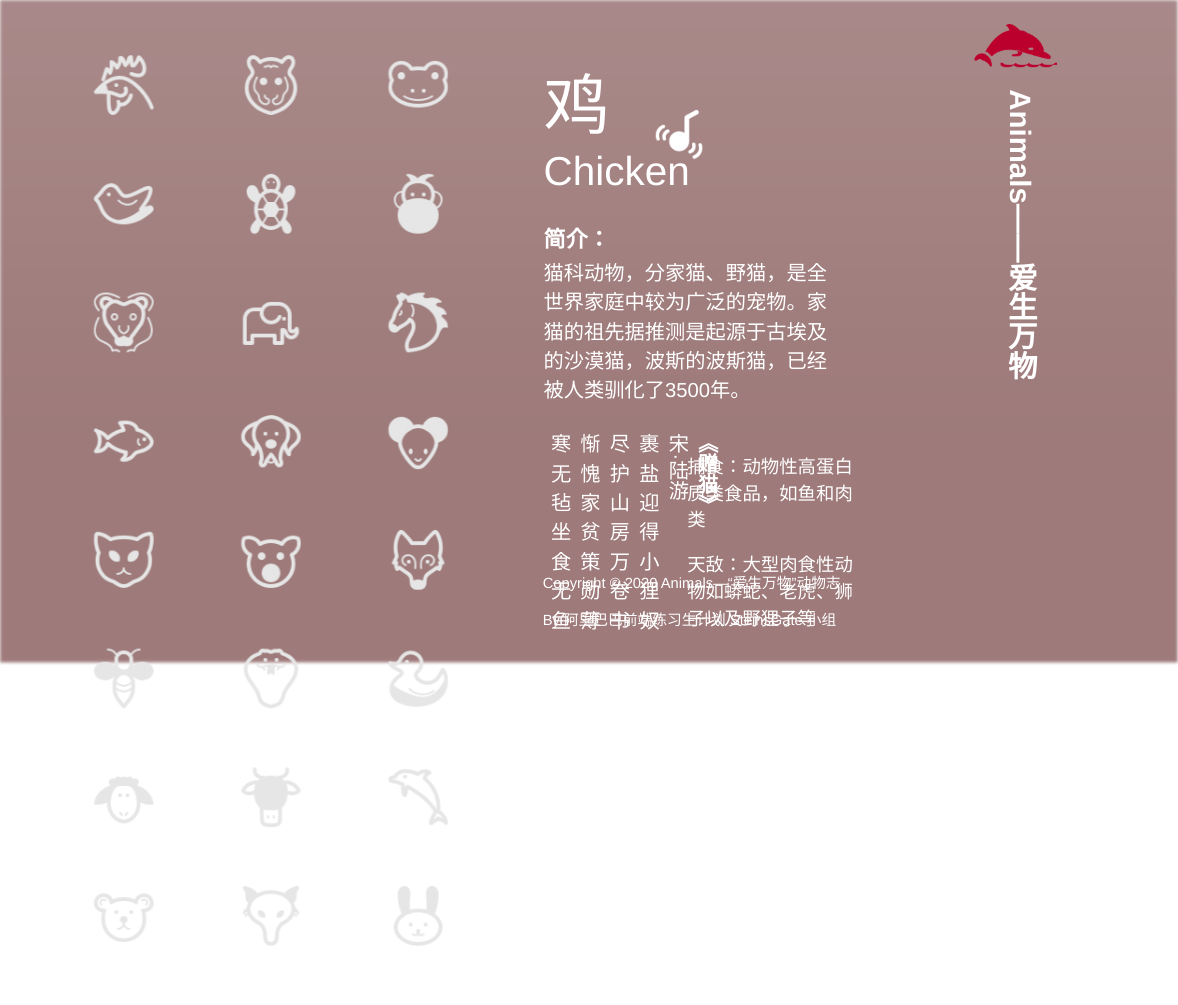
Repository: Whiskeyi/Animals
Page: /
These files come from the project's save history. The page is drawn as it stood at one moment and after the next save; the edit follows.
The browser window is 1280 px wide. The pictures show the whole page, at 92% of full size.
The project was rebuilt for these pictures with package versions that can differ from the ones it lists, and the page was loaded fresh each time.

Above is the page before, as saved 2021-11-17 17:29:00.

### public/index.html
<!DOCTYPE html>
<html lang="en">
  <head>
    <meta charset="utf-8">
    <meta http-equiv="X-UA-Compatible" content="IE=edge">
    <meta name="viewport" content="width=device-width,initial-scale=1.0">
    <link rel="icon" href="<%= BASE_URL %>favicon.ico">
    <title>Animals</title>
  </head>
  <body>
    <noscript>
      <strong>We're sorry but animals doesn't work properly without JavaScript enabled. Please enable it to continue.</strong>
    </noscript>
    <div id="app"></div>
    <!-- built files will be auto injected -->
  </body>
</html>

### src/main.js
import Vue from 'vue'
import App from './App.vue'
import router from './router'
import store from './store'
import './plugins/element.js' // 引入element-ui

Vue.config.productionTip = false

new Vue({
  router,
  store,
  render: h => h(App)
}).$mount('#app')

### src/App.vue
<template>
  <div id="app">
    <!-- 入口 -->
    <router-view/>
  </div>
</template>

<style lang="scss">
#app {
  font-family: 'Avenir', Helvetica, Arial, sans-serif;
  -webkit-font-smoothing: antialiased;
  -moz-osx-font-smoothing: grayscale;
}

html, body {  // 去除白边
    width: 100%;
    height: 100%;
    margin: 0;
    padding: 0;
    position: relative;
}

</style>

### src/router.js
// 路由
import Vue from 'vue'
import Router from 'vue-router'
import Home from './views/Home.vue'

Vue.use(Router)

export default new Router({
  mode: 'history',
  base: process.env.BASE_URL,
  routes: [
    {
      path: '/',
      name: 'home',
      component: Home
    }
  ]
})

### src/store.js
import Vue from 'vue'
import Vuex from 'vuex'

Vue.use(Vuex)

export default new Vuex.Store({
  state: {
    num: ""
  },
  mutations: {
    saveNum(state, num) {
      state.num = num
    }
  },
  actions: {

  }
})

### src/plugins/element.js
// 引入element-ui
import Vue from 'vue'

import ElementUI from 'element-ui';
import 'element-ui/lib/theme-chalk/index.css';

Vue.use(ElementUI);

### src/views/Home.vue
<template>
  <div class="home">
    <!-- 背景+光泽效果 -->
    <Gloss></Gloss>
    <!-- 页面容器 -->
    <div class="container">
      <!-- 左侧展示模块 -->
      <div id="leftContainer">
        <LeftMain></LeftMain>
      </div>
      <!-- 右侧展示模块 -->
      <div id="rightContainer">
        <!-- 输出信息 -->
          <Info></Info>
          <!-- 右侧标题 -->
          <RightHead></RightHead>
          <!-- 尾部 -->
          <Footer></Footer>
      </div>
    </div>
  </div>
</template>

<script>
// @ is an alias to /src
// 组件引入
import Gloss from '@/components/Gloss'
import Footer from '@/components/Footer'
import Info from '@/components/Info'
import RightHead from '@/components/right-head'
import LeftMain from '@/components/left-main'

export default {
  name: 'home',
  components: {
    Gloss,Footer,Info,RightHead,LeftMain
  }
}
</script>

<style lang="scss" scoped>
#leftContainer {
  position: absolute;
  left: 10%;
  width: 30%;
  height: 100%;
  margin: 0 auto;
}
#rightContainer {
  position: fixed;
  right: 10%;
  width: 50%;
  height: 100%;
  margin: 0 auto;
}
@media screen and (max-width: 1440px) { // 屏幕小于1440px样式
  #leftContainer {
  position: absolute;
  left: 5%;
  width: 36%;
  height: 100%;
  margin: 0 auto;
}
#rightContainer {
  position: fixed;
  right: 5%;
  width: 54%;
  height: 100%;
  margin: 0 auto;
}
}
</style>

### src/components/Gloss/index.vue
<template>
<!-- 实现光泽效果,丰富背景颜色 -->
<div id="bg" :style="{ backgroundColor : color }">
    <div id="gloss"></div>
</div>
</template>

<script>
const animalsData = require('@/data/Animals.json')
import store from '../../store'

export default {
    data() {
        return {
            color: 'rgb(158, 122, 122)'
        }
    },
    mounted() {
        this.changeColor()
        // window.console.log(animalsData.AnimalsDetail[0].color)
    },
    methods: {
        changeColor() {
            setInterval(function() {
                // let arrColor = ["#FC9F4D", "#E98B2A", "#90B44B", "#4D5139", "#1C1C1C", "#4F4F48",
                //                 "#FF5E99", "#828282", "#52433D", "#947A6D", "#080808", "#0C0C0C",
                //                 "#434343", "#B19693", "#434343", "#EFBB24", "#90B44B", "#373C38",
                //                 "#BDC0BA", "#BDC0BA", "#BDC0BA", "#434343","#BDC0BA", "#BDC0BA"]
                let num = Math.floor(Math.random() * animalsData.AnimalsDetail.length)
                store.commit('saveNum',num)
                document.getElementById('bg').style.backgroundColor = animalsData.AnimalsDetail[num].color
                // this.color = color
            }, 8000);
        }
    }
}
</script>

<style lang="scss" scoped>
#gloss {
    position: fixed;
    width: 100%;
    height: 478px;
    background: url('../../assets/gloss.png') repeat-x;
    // z-index: -8;  //暂时注释,影响调试
}
#bg {
  height: 100%;
  width: 100%;
  position: fixed;
  transition: background-color 2s ease-in; // 背景颜色切换2S过渡
  filter: blur(2px); // 背景高斯模糊
  // z-index: -9; //暂时注释,影响调试
}
</style>

### src/components/Footer/index.vue
<template>
  <div class="footerContainer">
      <p>Copyright © 2020 Animals—“爱生万物”动物志</p>
      <p>By 阿里巴巴前端练习生计划 SteinsGate 小组</p>
  </div>
</template>

<script>
export default {

}
</script>

<style lang="scss" scoped>
.footerContainer {
    position: fixed;
    bottom: 0;
    font-size: 1rem;
    color:#fff;
    margin:0 0 20px 65px;
}
</style>

### src/components/Info/index.vue
<template>
  <div class="infoContainer">
    <div class="infPadding">
      <!-- 标题、声音icon -->
    <Introduce></Introduce>
    <!-- 简介 -->
    <IntroduceMid></IntroduceMid>
    <!-- 捕食、诗 -->
    <HabbitPoem></HabbitPoem>
    </div>
  </div>
</template>

<script>
import Introduce from './Introduce'
import HabbitPoem from './habbit-poem'
import IntroduceMid from './introduce-mid'
export default {
  name: 'Info',
  components: {
    Introduce, HabbitPoem, IntroduceMid
  }
}
</script>

<style lang="scss" scoped>
.infoContainer {
    float: left;
    z-index: 10000;
    width: 82%;
    height: 80%;
    margin: 26px 0 0 16px;
    padding: 15px 0px;
    color:#fff;
}
.infPadding {
  padding: 0 0 0 50px;
}
.infoContainer logo {
    position: absolute;
}
@media screen and (max-width: 1440px) { // 屏幕小于1440px样式
  .infoContainer {
    float: left;
    z-index: 10000;
    width: 75%;
    height: 80%;
    margin: 26px 0 0 16px;
}
}
</style>

### src/components/right-head/index.vue
<template>
  <div class="rightHeadContainer">
      <el-image class="logo" alt="logo" :src="require('@/icons/index.png')"></el-image>
      <h1 class="vertical">Animals——爱生万物</h1>
  </div>
</template>

<script>
export default {

}
</script>

<style lang="scss" scoped>
.rightHeadContainer {
    float: left;
    height: 400px;
    width: 100px;
    margin: 26px 0 0 16px;
}
.vertical {
    writing-mode: vertical-lr;
    padding-left: 5px;
    color: #fff;
}
.logo {
    width: 90px;
    padding-bottom: 20px;
}
@media screen and (max-width: 1440px) { // 屏幕小于1440px样式
    .rightHeadContainer {
        float: left;
        height: 400px;
        width:85px;
        margin: 26px 0 0 0;
    }
    .vertical {
        writing-mode: vertical-lr;
        padding-right: 0;
        color: #fff;
    }
}
</style>

### src/components/left-main/index.vue
<template>
  <div class="leftContainer">
    <el-row :gutter="20" type="flex" justify="center" v-for="AnimalsDetail in data" :key="AnimalsDetail.enName">
      <el-col :span="8">
        <el-image class="logo" alt="logo" :src="require('@/icons/animals/chicken.png')"></el-image>
      </el-col>
      <el-col :span="8">
        <el-image class="logo" alt="logo" :src="require('@/icons/animals/tiger.png')"></el-image>
      </el-col>
      <el-col :span="8">
        <el-image class="logo" alt="logo" :src="require('@/icons/animals/frog.png')"></el-image>
      </el-col>
    </el-row>
     <el-row :gutter="20" type="flex" justify="center" v-for="AnimalsDetail in data" :key="AnimalsDetail.enName">
      <el-col :span="8">
        <el-image class="logo" alt="logo" :src="require('@/icons/animals/bird.png')"></el-image>
      </el-col>
      <el-col :span="8">
        <el-image class="logo" alt="logo" :src="require('@/icons/animals/turtle.png')"></el-image>
      </el-col>
      <el-col :span="8">
        <el-image class="logo" alt="logo" :src="require('@/icons/animals/monkey.png')"></el-image>
      </el-col>
    </el-row>
     <el-row :gutter="20" type="flex" justify="center" v-for="AnimalsDetail in data" :key="AnimalsDetail.enName">
      <el-col :span="8">
        <el-image class="logo" alt="logo" :src="require('@/icons/animals/lion.png')"></el-image>
      </el-col>
      <el-col :span="8">
        <el-image class="logo" alt="logo" :src="require('@/icons/animals/elephant.png')"></el-image>
      </el-col>
      <el-col :span="8">
        <el-image class="logo" alt="logo" :src="require('@/icons/animals/horse.png')"></el-image>
      </el-col>
    </el-row>
     <el-row :gutter="20" type="flex" justify="center" v-for="AnimalsDetail in data" :key="AnimalsDetail.enName">
      <el-col :span="8">
        <el-image class="logo" alt="logo" :src="require('@/icons/animals/fish.png')"></el-image>
      </el-col>
      <el-col :span="8">
        <el-image class="logo" alt="logo" :src="require('@/icons/animals/dog.png')"></el-image>
      </el-col>
      <el-col :span="8">
        <el-image class="logo" alt="logo" :src="require('@/icons/animals/mouse.png')"></el-image>
      </el-col>
    </el-row>
     <el-row :gutter="20" type="flex" justify="center" v-for="AnimalsDetail in data" :key="AnimalsDetail.enName">
      <el-col :span="8">
        <el-image class="logo" alt="logo" :src="require('@/icons/animals/cat.png')"></el-image>
      </el-col>
      <el-col :span="8">
        <el-image class="logo" alt="logo" :src="require('@/icons/animals/pig.png')"></el-image>
      </el-col>
      <el-col :span="8">
        <el-image class="logo" alt="logo" :src="require('@/icons/animals/wolf.png')"></el-image>
      </el-col>
    </el-row>
     <el-row :gutter="20" type="flex" justify="center" v-for="AnimalsDetail in data" :key="AnimalsDetail.enName">
      <el-col :span="8">
        <el-image class="logo" alt="logo" :src="require('@/icons/animals/bee.png')"></el-image>
      </el-col>
      <el-col :span="8">
        <el-image class="logo" alt="logo" :src="require('@/icons/animals/snake.png')"></el-image>
      </el-col>
      <el-col :span="8">
        <el-image class="logo" alt="logo" :src="require('@/icons/animals/duck.png')"></el-image>
      </el-col>
    </el-row>
     <el-row :gutter="20" type="flex" justify="center" v-for="AnimalsDetail in data" :key="AnimalsDetail.enName">
      <el-col :span="8">
        <el-image class="logo" alt="logo" :src="require('@/icons/animals/sheep.png')"></el-image>
      </el-col>
      <el-col :span="8">
        <el-image class="logo" alt="logo" :src="require('@/icons/animals/cow.png')"></el-image>
      </el-col>
      <el-col :span="8">
        <el-image class="logo" alt="logo" :src="require('@/icons/animals/dolphin.png')"></el-image>
      </el-col>
    </el-row>
     <el-row :gutter="20" type="flex" justify="center" v-for="AnimalsDetail in data" :key="AnimalsDetail.enName">
      <el-col :span="8">
        <el-image class="logo" alt="logo" :src="require('@/icons/animals/bear.png')"></el-image>
      </el-col>
      <el-col :span="8">
        <el-image class="logo" alt="logo" :src="require('@/icons/animals/fox.png')"></el-image>
      </el-col>
      <el-col :span="8">
        <el-image class="logo" alt="logo" :src="require('@/icons/animals/rabbit.png')"></el-image>
      </el-col>
    </el-row>
  </div>
</template>

<script>
import data from '@/data/Animals.json'
export default {
  data() {
    return {
      data
    }
  }
}
</script>

<style lang="scss" scoped>
.leftContainer {
  padding: 30px 0;
  width: 100%;
  text-align: center;
}
.leftContainer .logo {
  width: 100px;
  height: 100px;
  padding: 40px 0;
}
 @media screen and (max-width: 1440px) { // 屏幕小于1440px样式
  .leftContainer .logo {
    height: 65px;
    width: 65px;
    padding: 30px 0;
  }
 }
</style>

### src/components/Info/Introduce/index.vue
<template>
  <div class="introduce">
      <el-row class="intContainer">
          <el-col :span="6">
              <transition name="fade">
                <div id="title">{{ name }}</div>
              </transition>
              <transition name="fade">
                <div id="subTitle">{{ enName }}</div>
              </transition>
          </el-col>
          <el-col :span="10">
              <el-image class="logo" alt="logo" :src="require('@/icons/voice.png')"></el-image>
          </el-col>
      </el-row>
  </div>
</template>

<script>
const animalsData = require('@/data/Animals.json')
import store from '../../../store'
export default {
    data() {
        return {
            name: '鸡',
            enName: 'Chicken'
        }
    },
    mounted() {
        this.changeInfo()
        // window.console.log(store.state.num)
    },
    methods: {
          changeInfo() {
            setInterval(function() {
                this.name = animalsData.AnimalsDetail[store.state.num].name
                document.getElementById('title').innerHTML = this.name
                // window.console.log(this.name)
                this.enName = animalsData.AnimalsDetail[store.state.num].enName
                document.getElementById('subTitle').innerHTML = this.enName
                // window.console.log(this.enName)
            }, 8000);
        }
    }
}
</script>

<style lang="scss" scoped>
.introduce {
    // background-color: wheat;;
    height: 30%;
    width: 100%;
}
.intContainer {
    padding: 15px 0;
}
#title {
    font-size: 72px;
    display: block;
}
#subTitle {
    font-size: 44px;
    display: block;
}
.logo {
    padding-top: 60px;
    height: 60px;
    width: 60px;
}
fade-enter {
    opacity: 0;
}
fade-enter-to {
    opacity: 1;
}
.fade-enter-active, .fade-leave-active {
  transition: all 2.5s ease;
}
</style>

### src/components/Info/habbit-poem/index.vue
<template>
  <div class="habPoem">
       <el-row class="habContainer">
           <el-col class="poem" :span="8">
                <div class="content">寒无毡坐食无鱼</div>
                <div class="content">惭愧家贫策勋薄</div>
                <div class="content">尽护山房万卷书</div>
                <div class="content">裹盐迎得小狸奴</div>
                <div class="author">宋·陆游</div>
                <div class="poemTitle">《赠猫》</div>
            </el-col>
            <el-col class="habContent" :span="10">
              <p class="foodTitle">捕食：动物性高蛋白质类食品，如鱼和肉类</p>
              <p class="enemyTitle">天敌：大型肉食性动物如蟒蛇、老虎、狮子以及野狸子等</p>
            </el-col>
      </el-row>
  </div>
</template>

<script>
export default {

}
</script>

<style lang="scss" scoped>
.habPoem {
    // background-color: rgb(252, 94, 94);
    height: 30%;
}
.poem {
    writing-mode: vertical-lr;
    font-size: 22px;
    .poemTitle {
        font-weight: bold;
    }
    .content {
        letter-spacing: 15px;
    }
}
.habContainer {
    padding: 15px 0;
}
.habContent p {
    font-size: 20px;
}
@media screen and (max-width: 1440px) { // 屏幕小于1440px样式
    .poem {
        writing-mode: vertical-lr;
        font-size: 22px;
        .poemTitle {
            font-weight: bold;
        }
        .content {
            letter-spacing: 10px;
        }
    }
}
</style>

### src/components/Info/introduce-mid/index.vue
<template>
    <div class="fooMid">
        <el-row class="botContainer">
            <el-col :sm="16" :md="16" :lg="16">
                <div class="IntTitle">简介：</div>
                <div id="IntContent">猫科动物，分家猫、野猫，是全世界家庭中较为广泛的宠物。家猫的祖先据推测是起源于古埃及的沙漠猫，波斯的波斯猫，已经被人类驯化了3500年。</div>
            </el-col>
        </el-row>
    </div>
</template>

<script>
const animalsData = require('@/data/Animals.json')
import store from '../../../store'
export default {
    data() {
        return {
            name: '鸡',
            enName: 'Chicken'
        }
    },
    mounted() {
        this.changeInfo()
        // window.console.log(store.state.num)
    },
    methods: {
          changeInfo() {
            setInterval(function() {
                this.name = animalsData.AnimalsDetail[store.state.num].name
                document.getElementById('title').innerHTML = this.name
                // window.console.log(this.name)
                this.enName = animalsData.AnimalsDetail[store.state.num].enName
                document.getElementById('subTitle').innerHTML = this.enName
                // window.console.log(this.enName)
            }, 8000);
        }
    }
}
</script>

<style lang="scss" scoped>
.fooMid {
    // background-color: rgb(253, 128, 128);
    height: 50%;
    width: 100%;
}
.botContainer {
    padding: 15px 0;
}
.IntTitle {
    font-size: 24px;
    font-weight: bold;
    line-height: 40px;
}
#IntContent {
    font-size: 22px;
    line-height: 32px;
}
@media screen and (max-width: 1440px) { // 屏幕小于1440px样式
    #IntContent {
        font-size: 22px;
        line-height: 32px;
    }
}
</style>

Loaded but not shown: src/data/Animals.json (327 lines, source omitted)

After the next save:
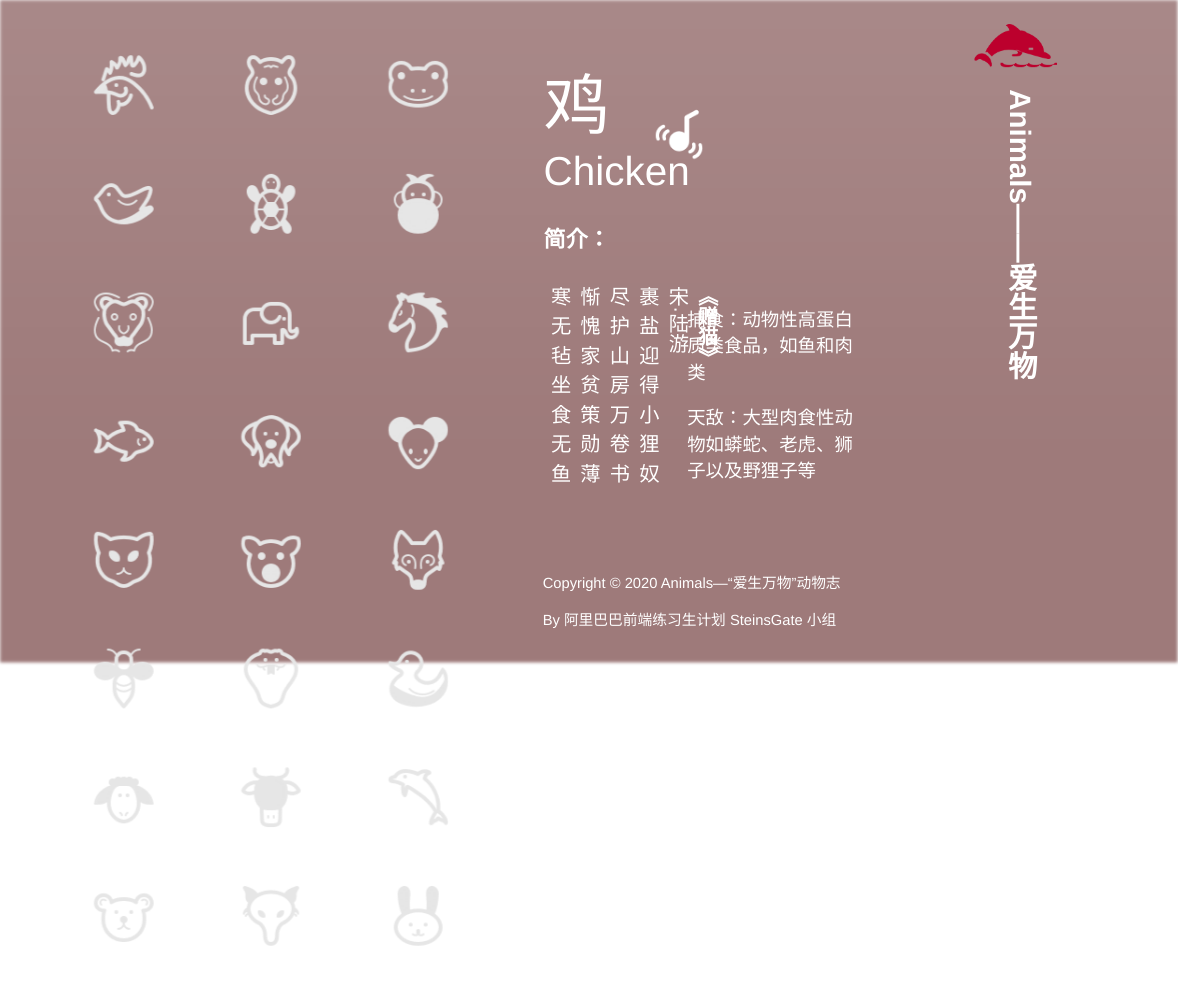
Saved 40 s later.
--- a/src/components/Info/introduce-mid/index.vue
+++ b/src/components/Info/introduce-mid/index.vue
@@ -3,7 +3,7 @@
         <el-row class="botContainer">
             <el-col :sm="16" :md="16" :lg="16">
                 <div class="IntTitle">简介：</div>
-                <div id="IntContent">猫科动物，分家猫、野猫，是全世界家庭中较为广泛的宠物。家猫的祖先据推测是起源于古埃及的沙漠猫，波斯的波斯猫，已经被人类驯化了3500年。</div>
+                <div id="IntContent">{{ IntContent }}</div>
             </el-col>
         </el-row>
     </div>
@@ -15,8 +15,7 @@ import store from '../../../store'
 export default {
     data() {
         return {
-            name: '鸡',
-            enName: 'Chicken'
+            IntContent: ''
         }
     },
     mounted() {
@@ -26,11 +25,8 @@ export default {
     methods: {
           changeInfo() {
             setInterval(function() {
-                this.name = animalsData.AnimalsDetail[store.state.num].name
-                document.getElementById('title').innerHTML = this.name
-                // window.console.log(this.name)
                 this.enName = animalsData.AnimalsDetail[store.state.num].enName
-                document.getElementById('subTitle').innerHTML = this.enName
+                document.getElementById('IntContent').innerHTML = this.enName
                 // window.console.log(this.enName)
             }, 8000);
         }
